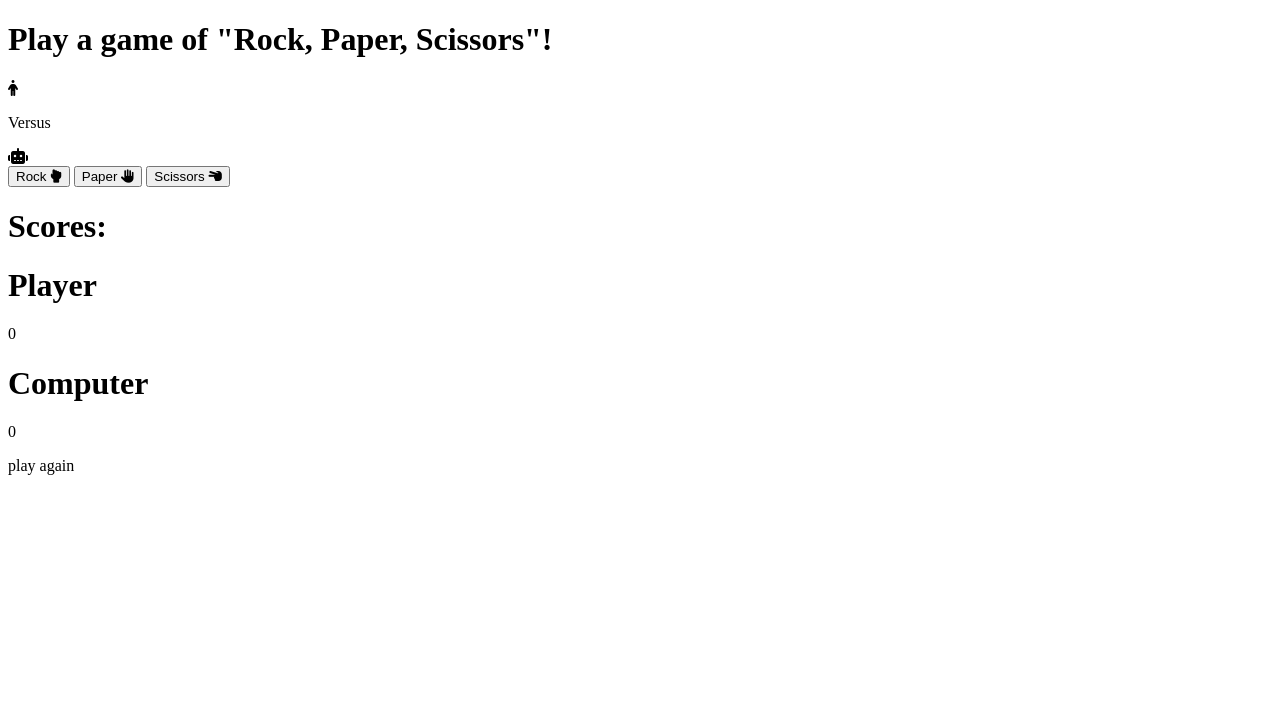
Repository: Pafestivo/rock-paper-scissors
Page: index.html
An editor plug-in stored every save of this project. The page is shown before and after the next save, followed by the edit.
The browser window is 1280 px wide. The pictures show the whole page.
Some web libraries are served in a nearby version.

Above is the page before, as saved 2022-10-15 12:01:09.

### index.html
<!DOCTYPE html>
<html lang="en">
<head>
  <meta charset="UTF-8">
  <meta name="viewport" content="width=device-width, initial-scale=1.0">
  <link rel="stylesheet" href="styles.css">
  <script src="js-file.js" defer></script>
  <script src="https://kit.fontawesome.com/e2364af56b.js" crossorigin="anonymous"></script>
  <title>Rock, Paper, Scissors</title>
</head>
<body>

  <header>
    <h1>Play a game of "Rock, Paper, Scissors"!</h1>
  </header>
  <div id="versus">
    <i class="fa-solid fa-person"></i>
    <p>Versus</p>
    <i class="fa-solid fa-robot"></i>
  </div> <!-- /versus -->

  <div class="buttons">
    <button id="rock">
      Rock
      <i class="fa-solid fa-hand-back-fist"></i>
    </button>
    <button id="paper">
      Paper
      <i class="fa-solid fa-hand"></i>
    </button>
    <button id="scissors">
      Scissors
      <i class="fa-solid fa-hand-scissors"></i>
    </button>
  </div> <!-- /buttons -->


  <div id="results">

    <div class="scores">
      <h1 id="scores-header">Scores:</h1>
    </div> <!-- /scores -->

    <div class="columns">
      <div class="player">
        <h1 class="underline">Player</h1>
        <p id ="player-points" class="points">0</p>
      </div> <!-- /player-scores -->

      <div class="comp">
        <h1 class="underline">Computer</h1>
        <p id="computer-points" class="points">0</p>
      </div> <!-- /comp-scores -->
    </div><!-- /columns -->

  </div> <!-- /results -->

  <p id="play-again">play again</p>

</body>
</html>

### styles.css


#play-again {
  margin-right: 100px;
}

### js-file.js
let playerScore = 0;
let computerScore = 0;

const playerColumn = document.querySelector('.player');
const playerPoints = document.getElementById('player-points');

const computerColumn = document.querySelector('.comp');
const computerPoints = document.getElementById('computer-points');

//round logic
function playRound(playerSelection, computerSelection) {

  let log = ""


  if (
    (playerSelection === "Rock" && computerSelection === "Paper") ||
    (playerSelection === "Paper" && computerSelection === "Scissors") ||
    (playerSelection === "Scissors" && computerSelection === "Rock")
    ) {
    log = "You lost this round!"
    computerScore++
  }
  else if (
    (playerSelection === "Paper" && computerSelection === "Rock") ||
    (playerSelection === "Rock" && computerSelection === "Scissors") ||
    (playerSelection === "Scissors" && computerSelection === "Paper")
  ) {
    log = "You won this round!"
    playerScore++
  }
  else if (
    (playerSelection === computerSelection)
  ) {
    log = "This round ends in a draw!"
  }

  playerPoints.textContent = playerScore;

  computerPoints.textContent = computerScore;


  //finish the game at 5 points + show play again button
  const buttons = document.querySelectorAll('button');
  if(playerScore === 5) {
    for(i = 0; i < buttons.length; i++) {
      buttons[i].setAttribute("disabled", "disabled");
    }

    return "You won!";

  } else if (computerScore === 5) {
    for(i = 0; i < buttons.length; i++) {
      buttons[i].setAttribute("disabled", "disabled");
    }
    return "You lost!";
  }

  console.log(playerScore);
  console.log(computerScore);
  return log;
};

//variables to target the buttons
const rockChosen = document.querySelector('#rock');
const paperChosen = document.querySelector('#paper');
const scissorsChosen = document.querySelector('#scissors');


//computer selection
function getComputerChoice() {
  const possibleChoices = ["Rock", "Paper", "Scissors"];
  const randomize = Math.floor(Math.random() * possibleChoices.length);
  let selected = possibleChoices[randomize];

  if(document.querySelector('button #robot') != null) { //checks to see if robot icon already exists
    const robotIcon = document.getElementById('robot');
    const parent = document.getElementById('robot').parentElement;
    parent.removeChild(robotIcon); //remove the icon if it exists
  }

  if (selected === "Rock") {
    rockChosen.insertAdjacentHTML('beforeend', '<i id="robot" class="fa-solid fa-robot comp-choice"></i>'); //adds robot icon

  } else if (selected === "Paper") {
    paperChosen.insertAdjacentHTML('beforeend', '<i id="robot" class="fa-solid fa-robot comp-choice"></i>');

  } else if (selected === "Scissors") {
    scissorsChosen.insertAdjacentHTML('beforeend', '<i id="robot" class="fa-solid fa-robot comp-choice"></i>');
  }

  return selected;
};


//adding the round result paragraph to the page
const results = document.querySelector('#results');
const para = document.createElement('p');
para.classList.add('round-result');


//function for event listeners
function rockRound() {

  if(document.querySelector('button #human') != null) { //checks to see if human icon already exists
    const humanIcon = document.getElementById('human');
    const parent = document.getElementById('human').parentElement;
    parent.removeChild(humanIcon); //remove the icon if it exists
  }

  rockChosen.insertAdjacentHTML('beforeend', '<i id="human" class="fa-solid fa-person player-choice"></i>'); //adds human icon

  let computerSelection = getComputerChoice();
  console.log(computerSelection);

  let roundResult = playRound("Rock", computerSelection);

  para.textContent = roundResult;
  results.appendChild(para);
};

function paperRound() {
  let computerSelection = getComputerChoice();
  console.log(computerSelection);

  if(document.querySelector('button #human') != null) { //checks to see if human icon already exists
    const humanIcon = document.getElementById('human');
    const parent = document.getElementById('human').parentElement;
    parent.removeChild(humanIcon); //remove the icon if it exists
  }

  paperChosen.insertAdjacentHTML('beforeend', '<i id="human" class="fa-solid fa-person player-choice"></i>'); //adds human icon

  para.textContent = playRound("Paper", computerSelection);
  results.appendChild(para);
};

function scissorsRound() {
  let computerSelection = getComputerChoice();
  console.log(computerSelection);

  if(document.querySelector('button #human') != null) { //checks to see if human icon already exists
    const humanIcon = document.getElementById('human');
    const parent = document.getElementById('human').parentElement;
    parent.removeChild(humanIcon); //remove the icon if it exists
  }

  scissorsChosen.insertAdjacentHTML('beforeend', '<i id="human" class="fa-solid fa-person player-choice"></i>'); //adds human icon

  para.textContent = playRound("Scissors", computerSelection);
  results.appendChild(para);
};
//end of event listeners functions


//adding event listeners to each button
const rock = document.querySelector('#rock');
rock.addEventListener("click", rockRound);

const paper = document.querySelector('#paper');
paper.addEventListener("click", paperRound);

const scissors = document.querySelector('#scissors');
scissors.addEventListener("click", scissorsRound);

After the next save:
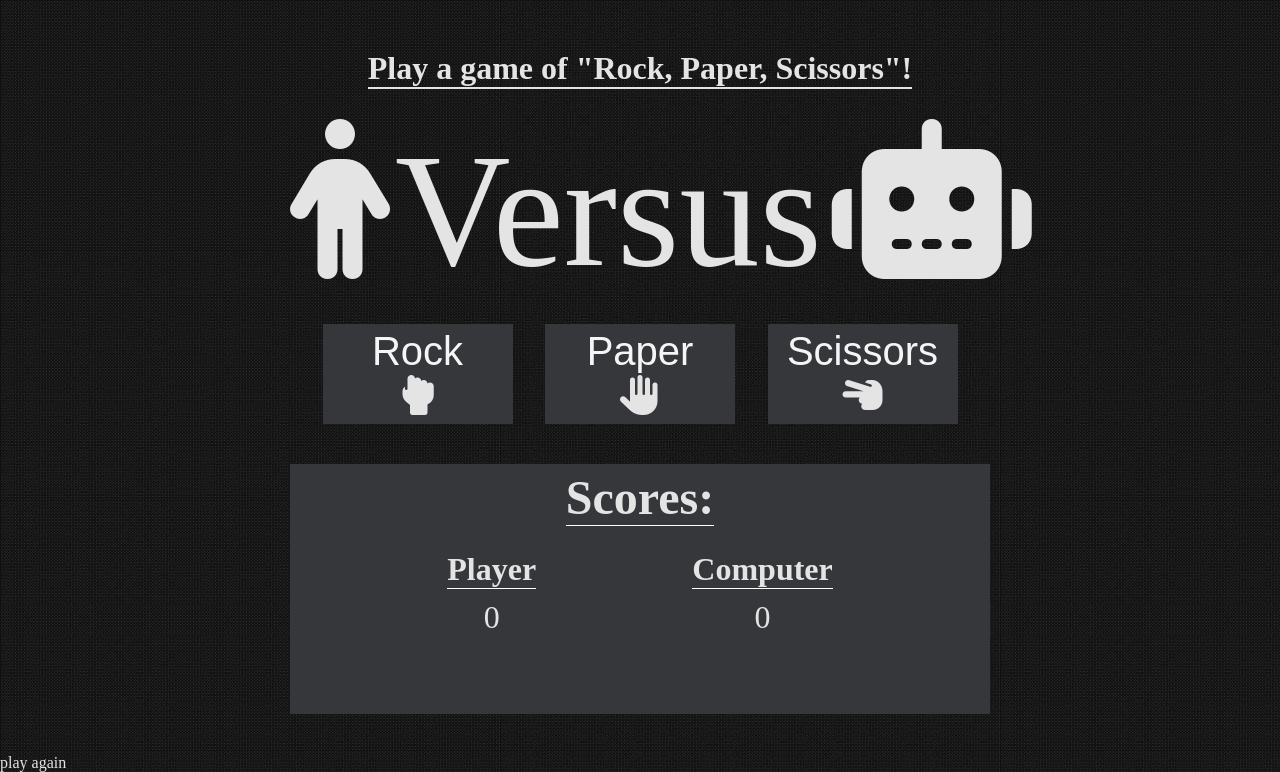
Saved 11 s later.
--- a/styles.css
+++ b/styles.css
@@ -1,5 +1,133 @@
+* {
+  margin: 0;
+  padding: 0;
+  box-sizing: border-box;
+}
+
+body {
+  font-family: serif;
+  background-image: url(images/background.jpg);
+  color: rgb(228, 228, 228);
+}
+
+header {
+  width: max-content;
+  margin: 50px auto 30px auto;
+  border-bottom: 2px solid rgb(228, 228, 228);
+}
+
+#versus {
+  display: flex;
+  width: 700px;
+  font-size: 10rem;
+  margin: 0 auto 20px auto;
+  justify-content: space-evenly;
+  color: rgb(228, 228, 228);
+}
+
+.fa-robot {
+  margin-left: 10px;
+  font-size: 10rem;
+}
+
+.fa-person {
+  font-size: 10rem;
+  margin-right: 5px;
+}
+
+.buttons {
+  display: flex;
+  width: 700px;
+  margin: 0 auto;
+  justify-content: space-evenly;
+}
+
+button {
+  position: relative;
+  width: 190px;
+  height: 100px;
+  background-color: #35373B;
+  border: none;
+  font-size: 40px;
+  color: whitesmoke;
+}
+
+button .fa-solid {
+  width: 100%;
+  color: rgb(228, 228, 228);
+}
+
+button:hover {
+  cursor: pointer;
+  background-color: #56595f;
+}
+
+button:focus {
+  background-color: #635656;
+}
+
+button:disabled:hover {
+  cursor: not-allowed;
+  background-color: #35373B;
+}
+
+.comp-choice {
+  position: absolute;
+  bottom: 5px;
+  right: 10px;
+  font-size: 20px;
+  max-width: 20px;
+}
+
+.player-choice {
+  position: absolute;
+  bottom: 5px;
+  left: 10px;
+  font-size: 20px;
+  max-width: 20px;
+}
+
+#results {
+  margin: 40px auto 40px auto;
+  width: 700px;
+  height: 250px;
+  padding: 1px;
+  background-color: #35373B;
+}
+
+#scores-header {
+  margin: 5px auto 25px auto;
+  font-size: 3em;
+  width: max-content;
+  border-bottom: 1px solid white;
+}
+
+.columns {
+  display: flex;
+  justify-content: space-evenly;
+  margin-bottom: 20px;
+}
 
 
+
+.round-result {
+  margin-bottom: 15px;
+  font-size: 2em;
+  text-align: center;
+  padding: 0;
+}
+
+.underline {
+  width: max-content;
+  border-bottom: 1px solid white;
+}
+
+.points {
+  font-size: 2em;
+  text-align: center;
+  margin-top: 10px;
+}
+
 #play-again {
-  margin-right: 100px;
+  margin: 0 auto;
 }
